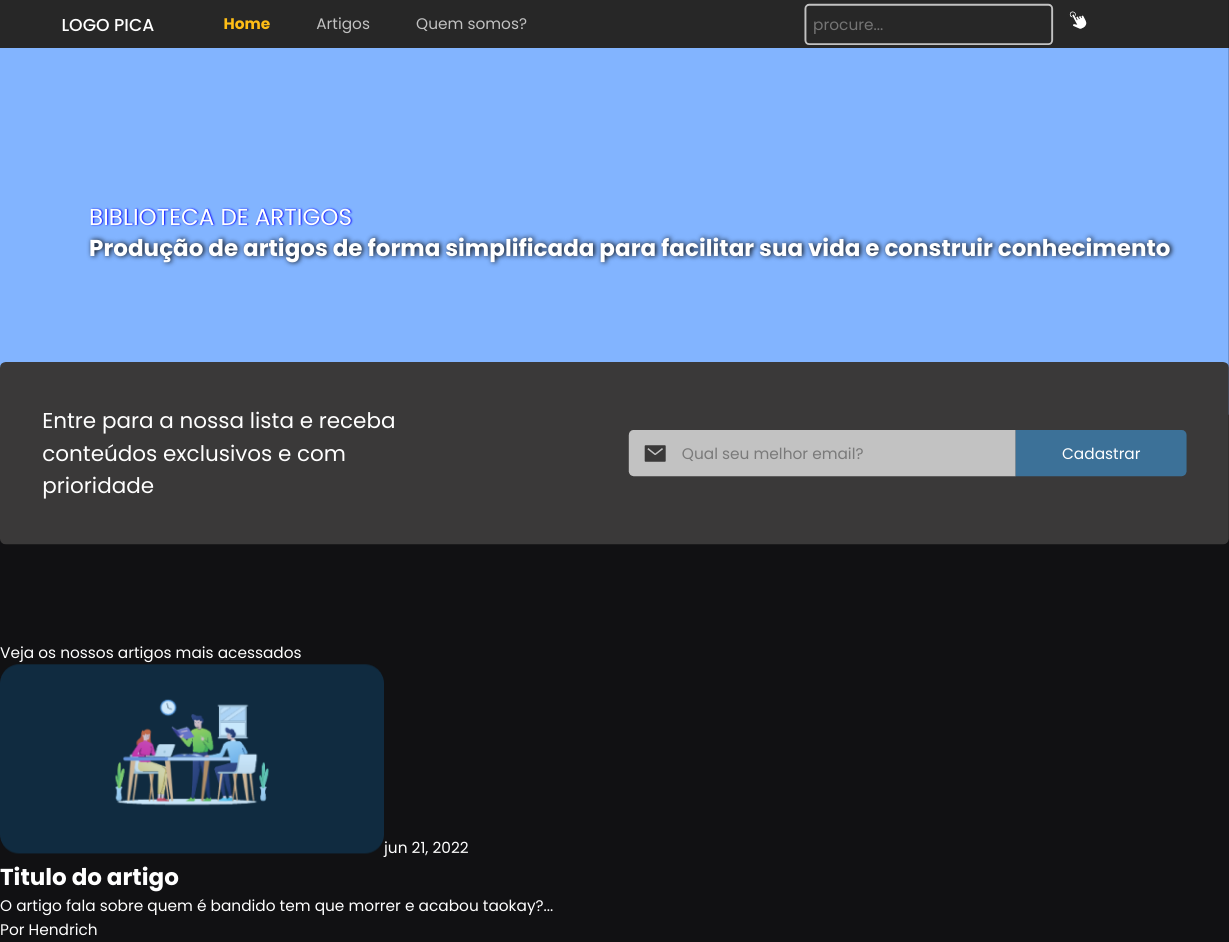
Repository: ArthurHendrich/Inepto
Page: /
The author's editor kept a copy of each file at every save. The page is drawn from the files as they stood at one save, then again after the next save.
The browser window is 1280 px wide. The pictures show the whole page, at 96% of full size.
The project was rebuilt for these pictures with package versions that can differ from the ones it lists, and the page was loaded fresh each time. The framework's server and built-in components were replaced by stand-ins that run in the browser. Also part of the build but not shown: next.config.js.

Above is the page before, as saved 2022-07-06 21:12:02.

After the next save:
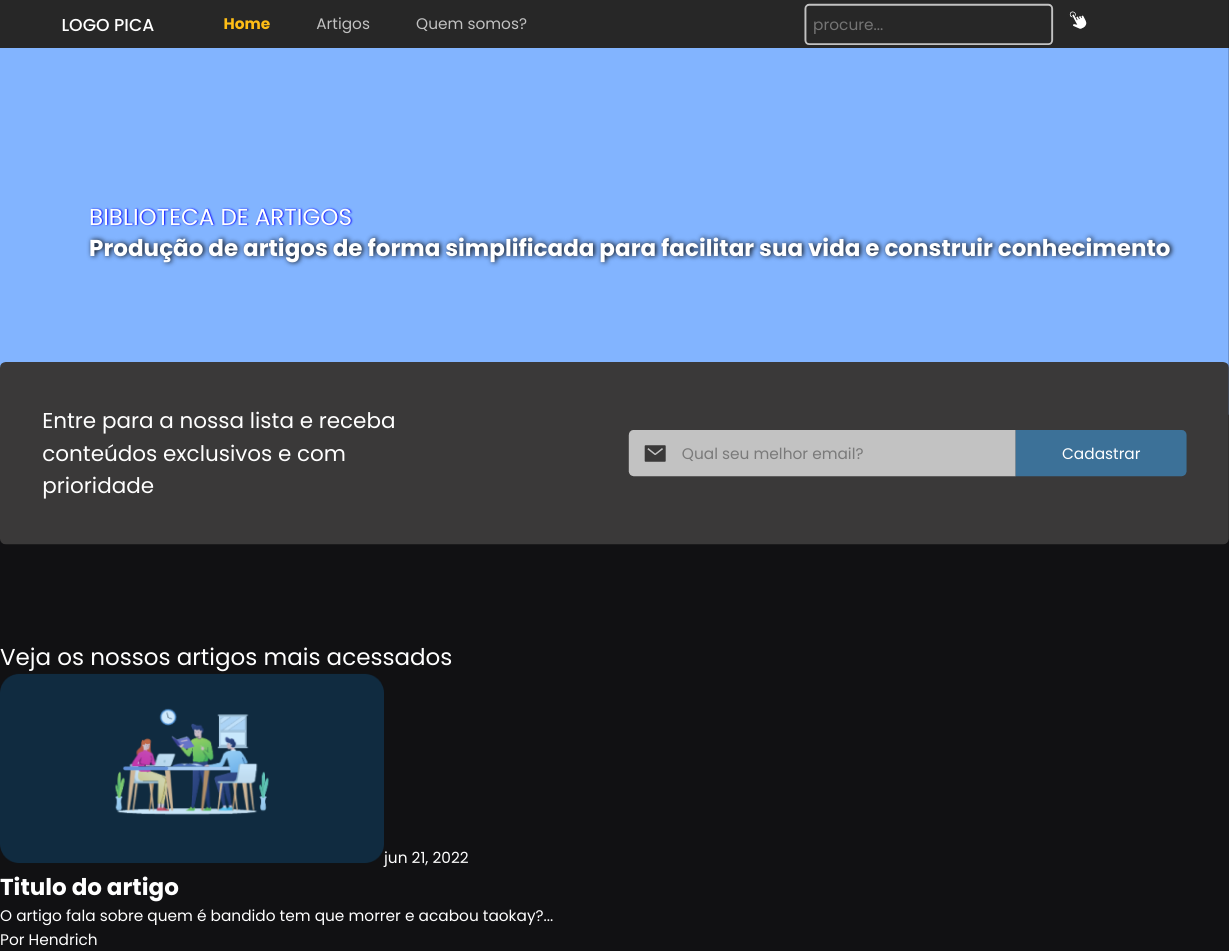
Saved 26 s later.
--- a/src/styles/home.module.scss
+++ b/src/styles/home.module.scss
@@ -105,5 +105,9 @@
 
 .acessContainer {
   max-width: 1700px;
-  margin: 0 auto
+  margin: 0 auto;
+
+  .acessTitle {
+    font-size: 1.5rem
+  }
 }
